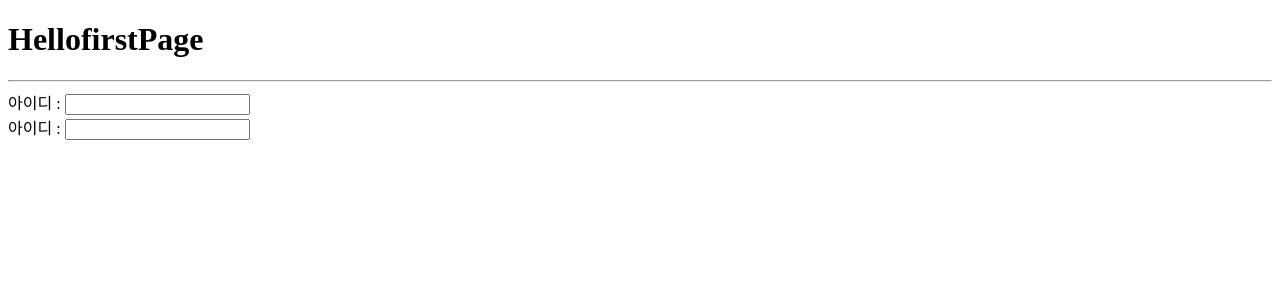
Repository: papepopopy/javascript
Page: jspStudy/jspStudy/webjsp/src/main/webapp/HellofirstPage.html
The author's editor kept a copy of each file at every save. The page is drawn from the files as they stood at one save, then again after the next save.
The browser window is 1280 px wide. The pictures show the whole page.

Above is the page before, as saved 2024-06-26 01:54:38.

### jspStudy/jspStudy/webjsp/src/main/webapp/HellofirstPage.html
<!DOCTYPE html>
<html lang="en">
<head>
    <meta charset="UTF-8">
    <meta name="viewport" content="width=device-width, initial-scale=1.0">
    <title>Document</title>
</head>
<body>
    <h1>HellofirstPage</h1>
    <hr>
    <form>
    	<div>
	    	<label>아이디 : </label>
	    	<input type="text" name="user_id" class="">
    	</div>
    	<div>
	    	<label>아이디 : </label>
	    	<input type="text" name="user_id" class="">
    	</div>
    </form>
</body>
</html>

After the next save:
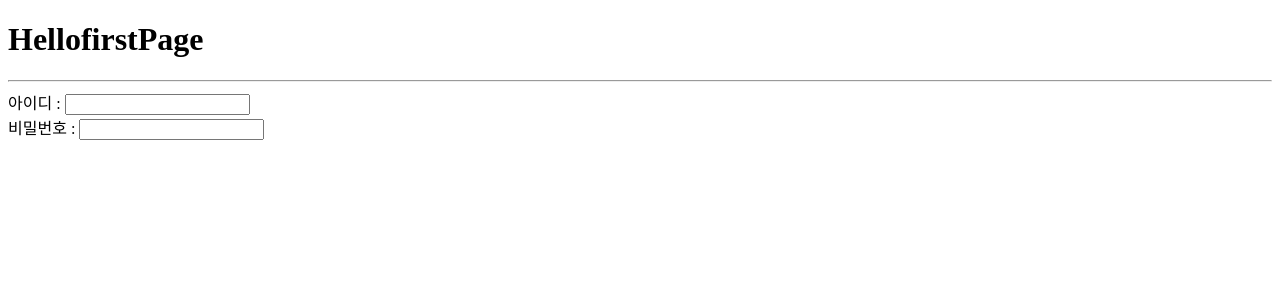
Saved 6 s later.
--- a/jspStudy/jspStudy/webjsp/src/main/webapp/HellofirstPage.html
+++ b/jspStudy/jspStudy/webjsp/src/main/webapp/HellofirstPage.html
@@ -14,7 +14,7 @@
 	    	<input type="text" name="user_id" class="">
     	</div>
     	<div>
-	    	<label>아이디 : </label>
+	    	<label>비밀번호 : </label>
 	    	<input type="text" name="user_id" class="">
     	</div>
     </form>
